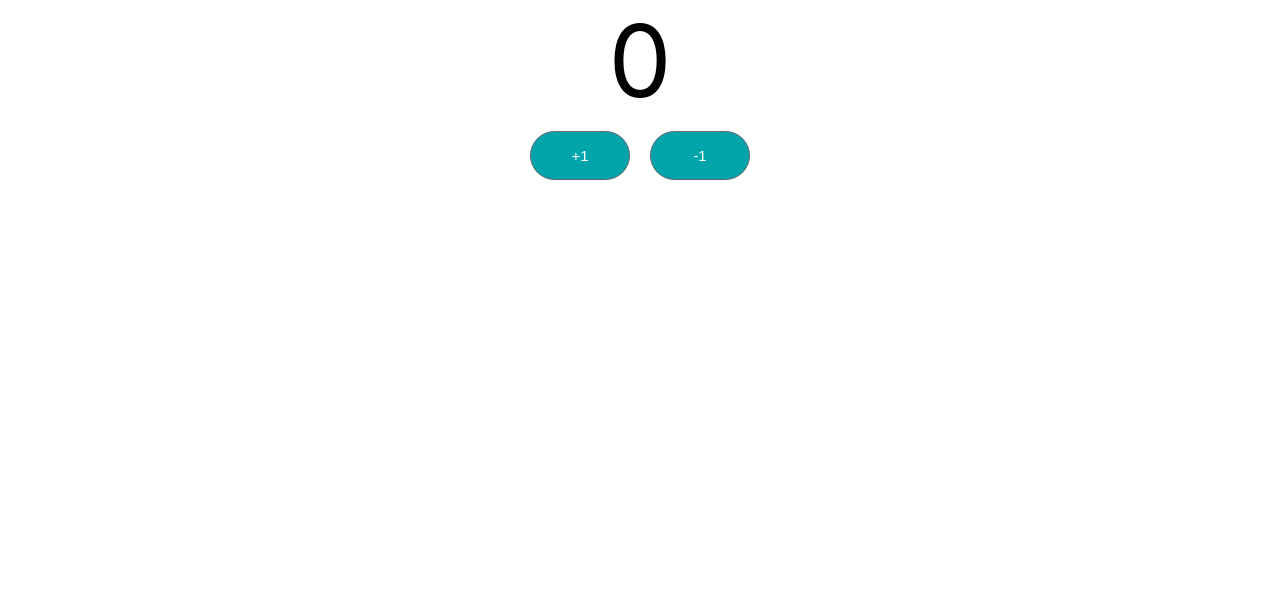
Repository: alexveremis/ReactWithRestAPI
Page: /
These files come from the project's save history. The page is drawn as it stood at one moment and after the next save; the edit follows.
The browser window is 1280 px wide. The pictures show the whole page.
The project was rebuilt for these pictures with package versions that can differ from the ones it lists, and the page was loaded fresh each time.

Above is the page before, as saved 2023-11-02 12:33:49.

### src/App.js
import './App.css';
import Counter from './components/counter/Counter'


function App() {
  return (
    <div className="App">
      <Counter />
    </div>
  );
}

export default App;

### src/components/counter/Counter.jsx
import { useState } from 'react'
import './Counter.css'

export default function Counter() {

    const [count, setCount] = useState(0);



    function incrementCounterFunction() {
        setCount(count +1)
        console.log(count)
        console.log('increment clicked')
    }
    function decrementCounterFunction() {
        setCount(count -1)
        console.log(count)
        console.log('dec clicked')
    }

    return (
        <div className="Counter">
            <span className="count">{count}</span>
            <div>
                <button className="counterButton"
                        onClick={incrementCounterFunction}
                        >+1
                </button>
                <button className="counterButton"
                        onClick={decrementCounterFunction}
                        >-1
                </button>
            </div>
        </div>
    )

}

### src/components/counter/Counter.css
.counterButton {
    font-size:15px;
    background-color:#00a5ab;
    width:100px;
    margin:10px;
    color:white;
    padding: 15px;
    border: 1px solid #666666;
    border-radius: 30px;
}

.count {
    font-size: 100px;
    padding: 20px;
}

Loaded but not shown: public/index.html (common file); src/index.js (common file); src/index.css (common file); src/reportWebVitals.js (common file); src/App.css (common file)

After the next save:
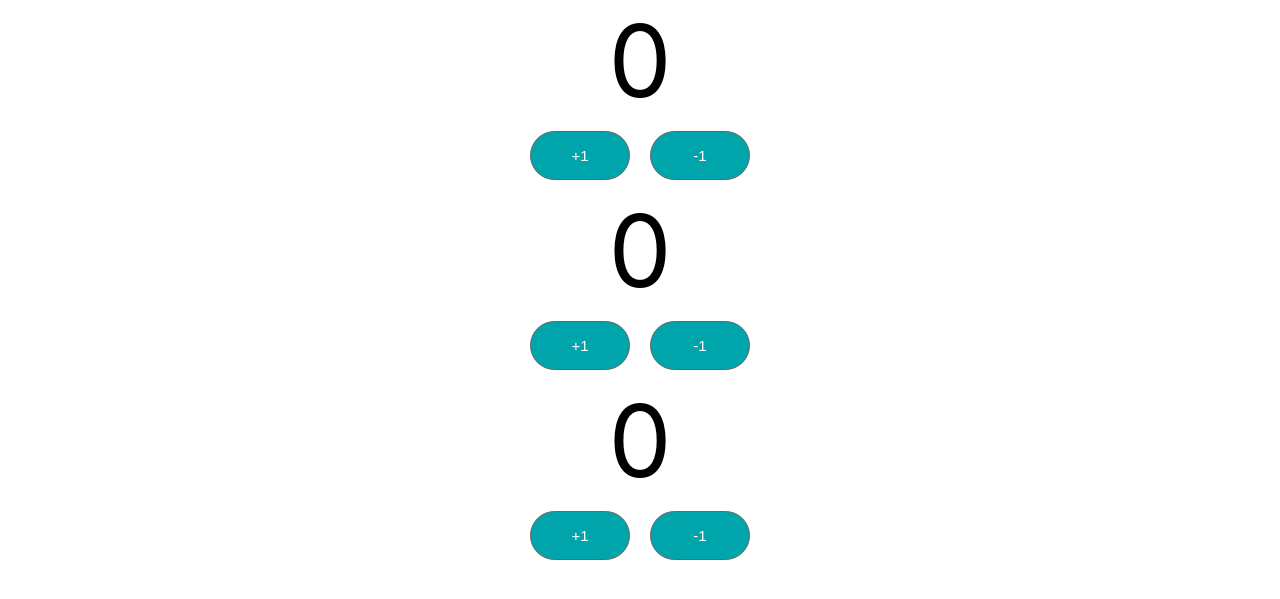
Saved 13 min 27 s later.
--- a/src/App.js
+++ b/src/App.js
@@ -6,8 +6,17 @@ function App() {
   return (
     <div className="App">
       <Counter />
+      <Counter />
+      <Counter />
     </div>
   );
 }
 
+function PlayingWithProps() {
+  return(
+    <div>Props</div>
+  )
+}
+
+
 export default App;
